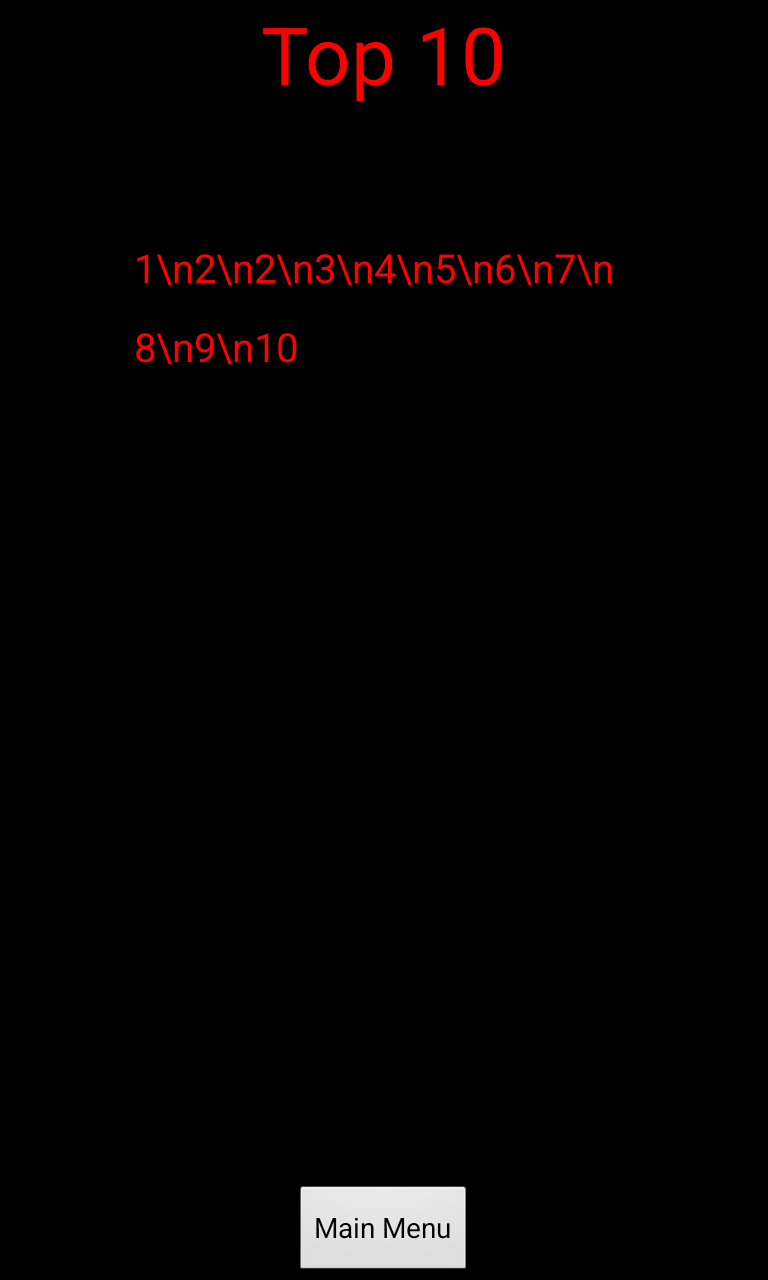
Repository: tofuninja/Rotate
Layout: Rotate/res/layout/high_score_screen.xml
An editor plug-in stored every save of this project. The layout is shown before and after the next save, followed by the edit.
It is drawn on a 768 x 1280 px phone screen (xhdpi) without system bars, with theme android:Theme.NoTitleBar.Fullscreen; the app's code is not run.

Above is the layout before, as saved 2014-05-07 11:22:14.

After the next save:
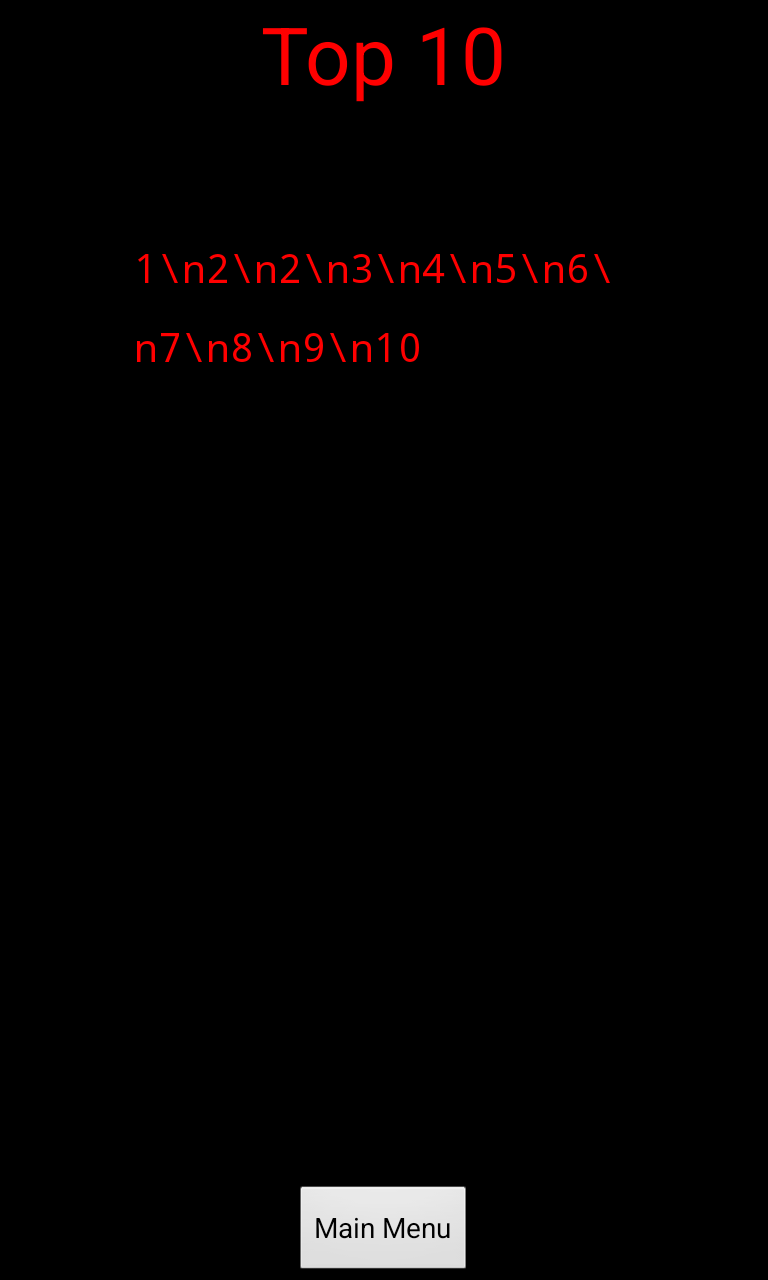
Saved 97 s later.
--- a/Rotate/res/layout/high_score_screen.xml
+++ b/Rotate/res/layout/high_score_screen.xml
@@ -31,7 +31,8 @@
             android:text="1\n2\n2\n3\n4\n5\n6\n7\n8\n9\n10"
             android:textAppearance="?android:attr/textAppearanceMedium"
             android:textColor="#ff0000"
-            android:textSize="20sp" />
+            android:textSize="20sp"
+            android:typeface="monospace" />
 
         <Button
             android:id="@+id/button_main_menu_from_score"
